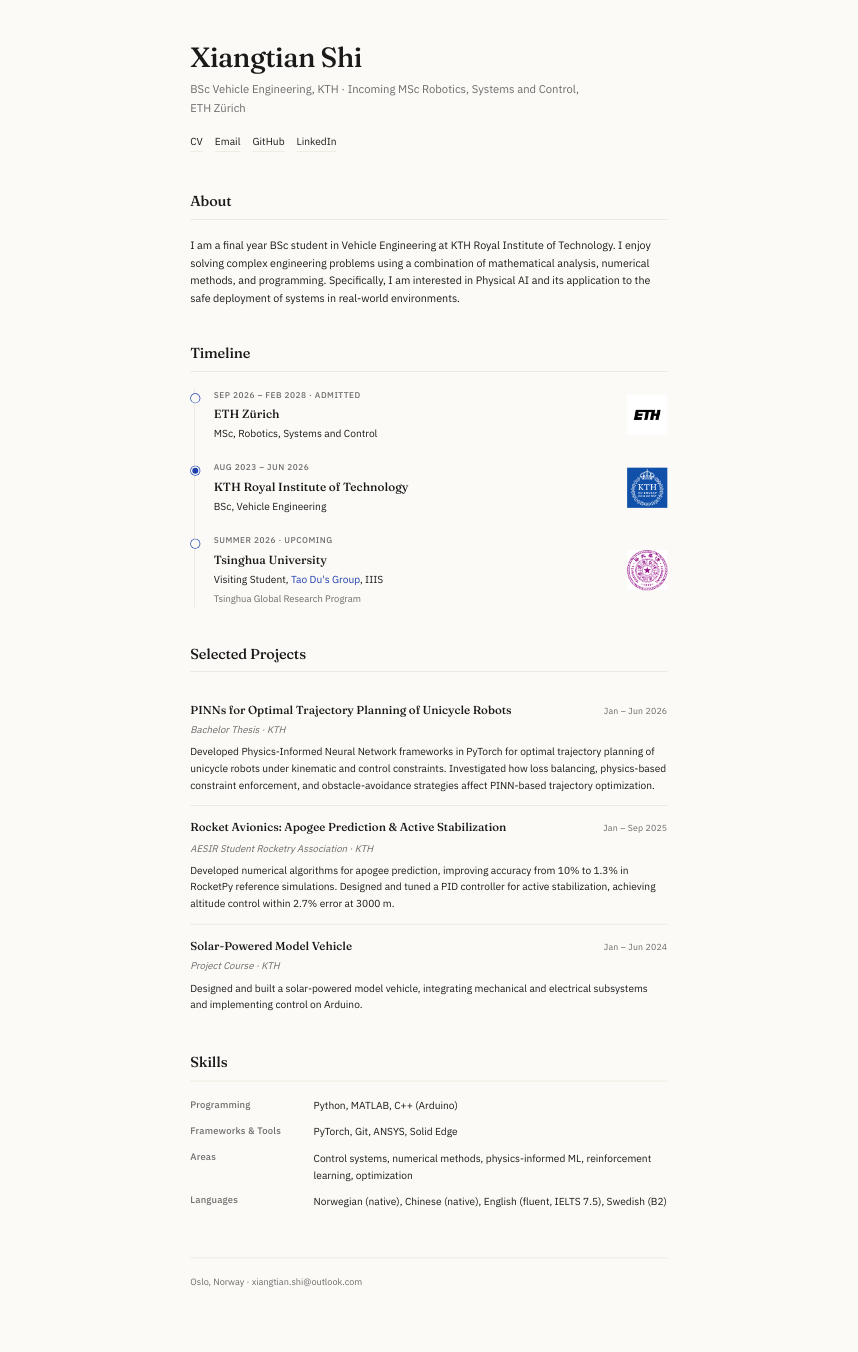
Repository: xitisch/xitisch.github.io
Page: index.html
An editor plug-in stored every save of this project. The page is shown before and after the next save, followed by the edit.
The browser window is 1280 px wide. The pictures show the whole page, at 67% of full size.

Above is the page before, as saved 2026-06-08 02:30:04.

### index.html
<!doctype html>
<html lang="en">
<head>
  <meta charset="UTF-8">
  <meta name="viewport" content="width=device-width, initial-scale=1.0">
  <link rel="stylesheet" href="style.css">
  <title>Xiangtian Shi</title>
</head>
<body>
  <div class="container">

    <header>
      <h1>Xiangtian Shi</h1>
      <p class="tagline">BSc Vehicle Engineering, KTH &middot; Incoming MSc Robotics, Systems and Control, ETH&nbsp;Zürich</p>
      <nav class="header-links">
        <a href="XiangtianShi_CV.pdf" target="_blank">CV</a>
        <a href="mailto:xiangtian.shi@outlook.com">Email</a>
        <a href="https://github.com/xitisch">GitHub</a>
        <a href="https://www.linkedin.com/in/xiangtian-shi-5ab47428b/">LinkedIn</a>
      </nav>
    </header>

    <section>
      <h2>About</h2>
      <p>
      I am a final year BSc student in Vehicle Engineering at KTH Royal Institute of Technology. I enjoy solving complex engineering problems using a combination of mathematical analysis, numerical methods, and programming. Specifically, I am interested in Physical AI and its application to the safe deployment of systems in real-world environments.
      </p>
    </section>

    <section>
      <h2>Timeline</h2>
      <div class="timeline">

        <div class="timeline-item future">
          <div class="timeline-item-text">
            <div class="timeline-date">Sep 2026 &ndash; Feb 2028 &middot; Admitted</div>
            <div class="timeline-title">ETH Zürich</div>
            <div class="timeline-meta">MSc, Robotics, Systems and Control</div>
          </div>
          <img class="timeline-logo" src="images/eth.png" alt="ETH logo">
        </div>

        <div class="timeline-item">
          <div class="timeline-item-text">
            <div class="timeline-date">Aug 2023 &ndash; Jun 2026</div>
            <div class="timeline-title">KTH Royal Institute of Technology</div>
            <div class="timeline-meta">BSc, Vehicle Engineering</div>
          </div>
          <img class="timeline-logo" src="images/kth.jpg" alt="KTH logo">
        </div>

        <div class="timeline-item future">
          <div class="timeline-item-text">
            <div class="timeline-date">Summer 2026 &middot; Upcoming</div>
            <div class="timeline-title">Tsinghua University</div>
            <div class="timeline-meta">Visiting Student, <a href="https://people.iiis.tsinghua.edu.cn/~taodu/">Tao Du's Group</a>, IIIS</div>
            <div class="timeline-note">Tsinghua Global Research Program</div>
          </div>
          <img class="timeline-logo" src="images/thu.png" alt="THU logo">
        </div>



      </div>
    </section>

    <section>
      <h2>Selected Projects</h2>

      <!--
      <article class="project">
        <div class="project-header">
          <h3 class="project-title">Reinforcement Learning for Soft Robot Control <span class="tag">Upcoming</span></h3>
          <div class="project-date">Jun &ndash; Aug 2026</div>
        </div>
        <div class="project-affiliation">Tao Du's Group, IIIS &middot; Tsinghua University</div>
        <p class="project-description">
          Extending a simulation framework to develop RL-based control of soft robotic systems in fluid environments, using lattice Boltzmann simulations.
        </p>
      </article>
      -->

      <article class="project">
        <div class="project-header">
          <h3 class="project-title">PINNs for Optimal Trajectory Planning of Unicycle Robots</h3>
          <div class="project-date">Jan &ndash; Jun 2026</div>
        </div>
        <div class="project-affiliation">Bachelor Thesis &middot; KTH</div>
        <p class="project-description">
          Developed Physics-Informed Neural Network frameworks in PyTorch for optimal trajectory planning of unicycle robots under kinematic and control constraints. Investigated how loss balancing, physics-based constraint enforcement, and obstacle-avoidance strategies affect PINN-based trajectory optimization.
        </p>
      </article>

      <article class="project">
        <div class="project-header">
          <h3 class="project-title">Rocket Avionics: Apogee Prediction &amp; Active Stabilization</h3>
          <div class="project-date">Jan &ndash; Sep 2025</div>
        </div>
        <div class="project-affiliation">AESIR Student Rocketry Association &middot; KTH</div>
        <p class="project-description">
          Developed numerical algorithms for apogee prediction, improving accuracy from 10% to 1.3% in RocketPy reference simulations. Designed and tuned a PID controller for active stabilization, achieving altitude control within 2.7% error at 3000&nbsp;m.
        </p>
      </article>

      <article class="project">
        <div class="project-header">
          <h3 class="project-title">Solar-Powered Model Vehicle</h3>
          <div class="project-date">Jan &ndash; Jun 2024</div>
        </div>
        <div class="project-affiliation">Project Course &middot; KTH</div>
        <p class="project-description">
          Designed and built a solar-powered model vehicle, integrating mechanical and electrical subsystems and implementing control on Arduino.
        </p>
      </article>

    </section>

    <section>
      <h2>Skills</h2>
      <dl class="skills-grid">
        <dt>Programming</dt>
        <dd>Python, MATLAB, C++ (Arduino)</dd>

        <dt>Frameworks &amp; Tools</dt>
        <dd>PyTorch, Git, ANSYS, Solid Edge</dd>

        <dt>Areas</dt>
        <dd>Control systems, numerical methods, physics-informed ML, reinforcement learning, optimization</dd>

        <dt>Languages</dt>
        <dd>Norwegian (native), Chinese (native), English (fluent, IELTS 7.5), Swedish (B2)</dd>
      </dl>
    </section>

    <!--
    <section>
      <h2>Beyond Engineering</h2>
      <p>
        Outside of work I play violin (10+ years, former regional competition winner) and table tennis (regional club), and spend as much time as possible hiking, skiing, and running &mdash; most recently the Stockholm Half Marathon 2025. From 2019 to 2022 I competed in Esports; my team won the PUBG Mobile Pro League Western Europe 2021 Spring Season among 16 professional teams.
      </p>
    </section>
    -->

    <footer>
      <p>Oslo, Norway &middot; <a href="mailto:xiangtian.shi@outlook.com">xiangtian.shi@outlook.com</a></p>
    </footer>

  </div>
</body>
</html>

### style.css
@import url('https://fonts.googleapis.com/css2?family=Fraunces:opsz,wght@9..144,400;9..144,500;9..144,600&family=IBM+Plex+Sans:wght@400;500;600&display=swap');

:root {
  --bg: #fbfaf6;
  --text: #1a1a1a;
  --text-muted: #6b6b6b;
  --border: #e7e3d7;
  --accent: #1e40af;
  --accent-soft: rgba(30, 64, 175, 0.08);
  --serif: 'Fraunces', Georgia, serif;
  --sans: 'IBM Plex Sans', -apple-system, BlinkMacSystemFont, sans-serif;
}

* { box-sizing: border-box; }

html { -webkit-text-size-adjust: 100%; }

body {
  font-family: var(--sans);
  background: var(--bg);
  color: var(--text);
  line-height: 1.65;
  margin: 0;
  font-size: 16px;
  -webkit-font-smoothing: antialiased;
  -moz-osx-font-smoothing: grayscale;
}

.container {
  max-width: 760px;
  margin: 0 auto;
  padding: 64px 24px 80px;
}

/* ---------- Typography ---------- */

h1 {
  font-family: var(--serif);
  font-weight: 500;
  font-size: 2.6rem;
  line-height: 1.05;
  margin: 0 0 0.3em;
  letter-spacing: -0.02em;
}

h2 {
  font-family: var(--serif);
  font-weight: 500;
  font-size: 1.35rem;
  margin: 0 0 1.1em;
  letter-spacing: -0.01em;
  padding-bottom: 0.4em;
  border-bottom: 1px solid var(--border);
}

h3 {
  margin: 0;
  font-weight: 500;
  font-size: 1rem;
}

p { margin: 0 0 1em; }

a {
  color: var(--accent);
  text-decoration: none;
  border-bottom: 1px solid transparent;
  transition: border-color 0.15s ease;
}

a:hover { border-bottom-color: var(--accent); }

/* ---------- Header ---------- */

header { margin-bottom: 56px; }

.tagline {
  color: var(--text-muted);
  font-size: 1.05rem;
  margin: 0 0 1.4em;
  max-width: 60ch;
}

.header-links {
  display: flex;
  flex-wrap: wrap;
  gap: 18px;
  font-size: 0.95rem;
}

.header-links a {
  color: var(--text);
  border-bottom: 1px solid var(--border);
  padding-bottom: 2px;
}

.header-links a:hover {
  border-bottom-color: var(--accent);
  color: var(--accent);
}

/* ---------- Sections ---------- */

section { margin-bottom: 52px; }

/* ---------- Timeline ---------- */

.timeline {
  position: relative;
  margin-left: 6px;
  padding-left: 28px;
  border-left: 1px solid var(--border);
}

.timeline-item {
  position: relative;
  margin-bottom: 28px;
  display: flex;
  align-items: center;
  gap: 24px;
}

.timeline-item-text {
  flex: 1 1 auto;
  min-width: 0;
}

.timeline-logo {
  width: 60px;
  height: 60px;
  object-fit: contain;
  flex-shrink: 0;
}

.timeline-item:last-child { margin-bottom: 0; }

.timeline-item::before {
  content: '';
  position: absolute;
  left: -34px;
  top: 9px;
  width: 9px;
  height: 9px;
  background: var(--accent);
  border-radius: 50%;
  border: 2px solid var(--bg);
  box-shadow: 0 0 0 1px var(--accent);
}

.timeline-item.future::before {
  background: var(--bg);
  box-shadow: 0 0 0 1px var(--accent);
}

.timeline-date {
  font-size: 0.78rem;
  color: var(--text-muted);
  font-weight: 500;
  letter-spacing: 0.06em;
  text-transform: uppercase;
  margin-bottom: 4px;
}

.timeline-title {
  font-family: var(--serif);
  font-size: 1.1rem;
  font-weight: 500;
  margin-bottom: 2px;
}

.timeline-meta {
  color: var(--text);
  font-size: 0.95rem;
}

.timeline-note {
  margin-top: 6px;
  font-size: 0.88rem;
  color: var(--text-muted);
}

/* ---------- Projects / Experience entries ---------- */

.project {
  padding: 18px 0;
  border-bottom: 1px solid var(--border);
}

.project:first-child { padding-top: 4px; }
.project:last-child { border-bottom: none; padding-bottom: 4px; }

.project-header {
  display: flex;
  justify-content: space-between;
  align-items: baseline;
  gap: 16px;
  margin-bottom: 4px;
  flex-wrap: wrap;
}

.project-title {
  font-family: var(--serif);
  font-size: 1.08rem;
  font-weight: 500;
  flex: 1 1 auto;
  min-width: 0;
}

.project-date {
  font-size: 0.82rem;
  color: var(--text-muted);
  white-space: nowrap;
  letter-spacing: 0.02em;
}

.project-affiliation {
  color: var(--text-muted);
  font-size: 0.9rem;
  margin-bottom: 8px;
  font-style: italic;
}

.project-description {
  margin: 0;
  font-size: 0.95rem;
}

.tag {
  display: inline-block;
  font-family: var(--sans);
  font-size: 0.68rem;
  padding: 2px 8px;
  background: var(--accent-soft);
  color: var(--accent);
  border-radius: 3px;
  margin-left: 8px;
  font-weight: 500;
  letter-spacing: 0.08em;
  text-transform: uppercase;
  vertical-align: middle;
  font-style: normal;
}

/* ---------- Skills ---------- */

.skills-grid {
  display: grid;
  grid-template-columns: 160px 1fr;
  gap: 14px 24px;
  margin: 0;
}

.skills-grid dt {
  font-weight: 500;
  color: var(--text-muted);
  font-size: 0.88rem;
  letter-spacing: 0.02em;
}

.skills-grid dd {
  margin: 0;
  font-size: 0.95rem;
}

/* ---------- Footer ---------- */

footer {
  margin-top: 72px;
  padding-top: 24px;
  border-top: 1px solid var(--border);
  font-size: 0.85rem;
  color: var(--text-muted);
}

footer a { color: var(--text-muted); }
footer a:hover { color: var(--accent); }

/* ---------- Responsive ---------- */

@media (max-width: 600px) {
  .container { padding: 40px 20px 60px; }
  h1 { font-size: 2.05rem; }
  h2 { font-size: 1.2rem; }

  .skills-grid {
    grid-template-columns: 1fr;
    gap: 2px 0;
  }
  .skills-grid dt { margin-top: 10px; }
  .skills-grid dt:first-child { margin-top: 0; }

  .project-header {
    flex-direction: column;
    align-items: flex-start;
    gap: 2px;
  }
  .project-date { font-size: 0.78rem; }

  .timeline { padding-left: 22px; }
  .timeline-item::before { left: -28px; }
  .timeline-item { gap: 16px; }
  .timeline-logo { width: 48px; height: 48px; }
}

After the next save:
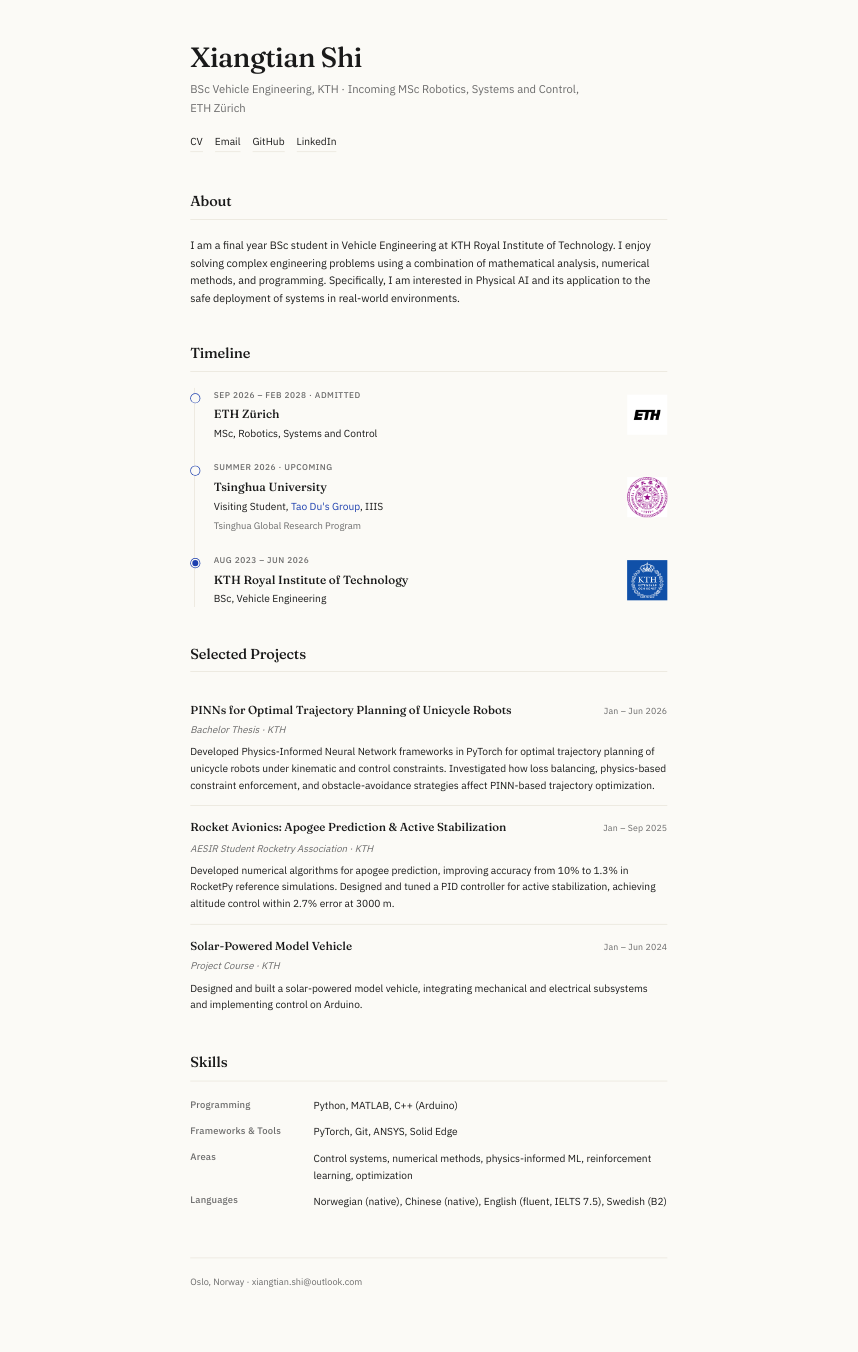
Saved 14 s later.
--- a/index.html
+++ b/index.html
@@ -40,15 +40,6 @@
           <img class="timeline-logo" src="images/eth.png" alt="ETH logo">
         </div>
 
-        <div class="timeline-item">
-          <div class="timeline-item-text">
-            <div class="timeline-date">Aug 2023 &ndash; Jun 2026</div>
-            <div class="timeline-title">KTH Royal Institute of Technology</div>
-            <div class="timeline-meta">BSc, Vehicle Engineering</div>
-          </div>
-          <img class="timeline-logo" src="images/kth.jpg" alt="KTH logo">
-        </div>
-
         <div class="timeline-item future">
           <div class="timeline-item-text">
             <div class="timeline-date">Summer 2026 &middot; Upcoming</div>
@@ -59,7 +50,14 @@
           <img class="timeline-logo" src="images/thu.png" alt="THU logo">
         </div>
 
-
+        <div class="timeline-item">
+          <div class="timeline-item-text">
+            <div class="timeline-date">Aug 2023 &ndash; Jun 2026</div>
+            <div class="timeline-title">KTH Royal Institute of Technology</div>
+            <div class="timeline-meta">BSc, Vehicle Engineering</div>
+          </div>
+          <img class="timeline-logo" src="images/kth.jpg" alt="KTH logo">
+        </div>
 
       </div>
     </section>
